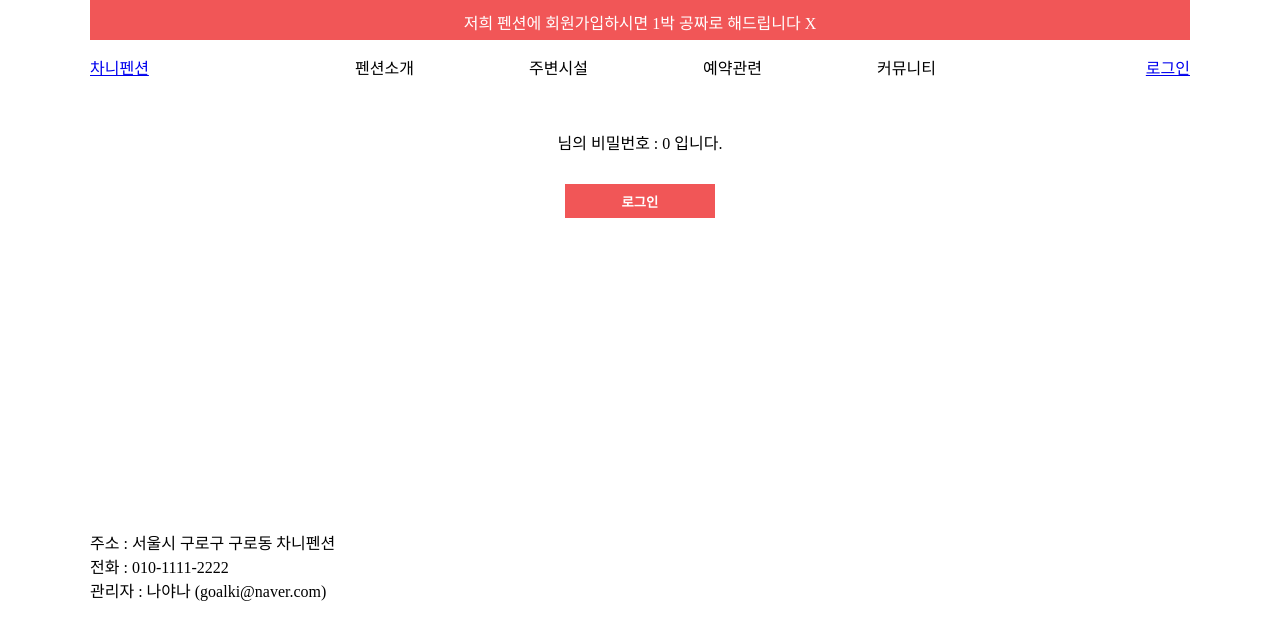
Repository: goalki/pension
Page: http://localhost/pension/login/pwd_search_ok.jsp
An editor plug-in stored every save of this project. The page is shown before and after the next save, followed by the edit.
The browser window is 1280 px wide. The pictures show the whole page.
The page is served by Tomcat 9. Other server files are loaded and not shown. Queries for data that is not in the repository find no rows.

Above is the page before, as saved 2021-01-18 06:19:52.

### pension/WebContent/login/pwd_search_ok.jsp
<%@ page language="java" contentType="text/html; charset=UTF-8"
    pageEncoding="UTF-8"%>
<%@ include file="../top.jsp" %>
<%@page import="pension.dao.Dao" %>
<%@ taglib prefix="c" uri="http://java.sun.com/jsp/jstl/core" %>
<%
    // 입력값을 가져오기
    request.setCharacterEncoding("utf-8");
    String userid=request.getParameter("userid");
    String name=request.getParameter("name");
    String phone=request.getParameter("phone");
    Dao dao=new Dao();
    String pwd=dao.pwd_search(userid,name, phone);
    pageContext.setAttribute("pwd", pwd);
    pageContext.setAttribute("name",name);
%>
 <style>
  #section {
    width:1100px;
    height:400px;
    margin:auto;
    text-align:center;
  }
  #section #userid {
    width:600px;
    margin:auto;
    margin-top:30px;
  }
  #section input[type=button] {
    width:150px;
    height:34px;
    background:#f15657;
    color:white;
    font-weight:900;
    border:none;
    margin-top:30px;
  }
   </style>

 <div id="section">
   <div id="userid"> ${name}님의 비밀번호 : ${pwd} 입니다.</div>
   <div id="button">
     <input type="button" onclick="location='login.jsp'" value="로그인">
   </div>
 </div>

<%@ include file="../bottom.jsp" %>

### pension/WebContent/top.jsp
<%@ page language="java" contentType="text/html; charset=UTF-8"
    pageEncoding="UTF-8"%>
<%@ taglib prefix="c" uri="http://java.sun.com/jsp/jstl/core" %>

<!DOCTYPE html>
<html>       <!-- index.jsp -->
<head>
<meta charset="UTF-8">
<title>Insert title here</title>
  <style>
    body {
      margin:0px;
    }
    #first {  /* 광고관련 1층 */
      width:1100px;
      height:30px;
      margin:auto;
      background:#f15657;
      text-align:center;
      padding-top:10px;
      color:white;
    }
    #second {  /* 로고, 메뉴 2층 */
      width:1100px;
      height:60px;
      margin:auto;
    }
    #second #left {
      padding-top:15px;
      width:100px;
      float:left;
    }
    #second #right {
      padding-top:15px;
      width:1000px;
      float:right;
      text-align:right;
    }
    #second #right #menu {
      display:inline-block;
      width:170px;
      height:30px; /* 주메뉴의 높이를 줘야 됩니다 */
      position:relative;
    }
    #second #right #menu:last-child {
      width:250px;
    }
    #second #right #menu .sub {
      position:absolute;
      width:120px;
      left:88px;
      top:10px;
      background:white;
      padding-left:0px;
      visibility:hidden;
      padding-top:10px;

    }
    #second #right #menu .sub li {
      list-style-type:none;
      text-align:center; /* 서브메뉴의 글자 중앙 */
    }


  </style>
    <script src="http://code.jquery.com/jquery-latest.js"></script>
  <script>
    function view_sub(n)
    {
    	document.getElementsByClassName("sub")[n].style.visibility="visible";
    }
    function hide_sub(n)
    {
    	document.getElementsByClassName("sub")[n].style.visibility="hidden";
    }

    $(function()
    {
    	$("#ff").click(function()
    	{
    		$("#first").slideUp();

    	});
    });
  </script>
</head>
<body>
  <div id="first">
     저희 펜션에 회원가입하시면  1박 공짜로 해드립니다
   <span id="ff"  style="cursor:pointer"> X </span>
  </div>
  <div id="second">
     <div id="left"> <a href="../main/index.jsp"> 차니펜션 </a></div>
     <div id="right">
        <span id="menu" onmouseenter="view_sub(0)" onmouseleave="hide_sub(0)"> 펜션소개
        <!-- 부메뉴 -->
           <ul class="sub">
            <li> <a href="../sogae/sogae.jsp"> 우리펜션 </a> </li>
            <li> 오시는길 </li>
           </ul>
        </span>
        <span id="menu" onmouseenter="view_sub(1)" onmouseleave="hide_sub(1)"> 주변시설
        <!-- 부메뉴 -->
           <ul class="sub">
            <li> 만리포 </li>
            <li> 연포</li>
            <li> 채석정 </li>
           </ul>
        </span>
        <span id="menu" onmouseenter="view_sub(2)" onmouseleave="hide_sub(2)"> 예약관련
         <!-- 부메뉴 -->
           <ul class="sub">
            <li>  예약 규정 </a> </li>
            <li> <a href="../reserve/reserve.jsp"> 실시간 예약 </a> </li>
           </ul>
        </span>
        <span id="menu" onmouseenter="view_sub(3)" onmouseleave="hide_sub(3)"> 커뮤니티
        <!-- 부메뉴 -->
           <ul class="sub">
            <li> 여행 후기 </li>
            <li> 자유게시판 </li>
           </ul>
        </span>
        <span id="menu">
          <c:if test="${userid == null}">
           <a href="../login/login.jsp"> 로그인 </a>
          </c:if>
          <c:if test="${userid != null}">
            ${name}님!! <a href="../mypage/mypage.jsp"> 내정보 </a>  <a href="../login/logout.jsp"> 로그아웃 </a>
          </c:if>
        </span>
    </div>
  </div>
  <!-- 여기까지 1층과 2층  top.jsp -->

### pension/WebContent/bottom.jsp
<%@ page language="java" contentType="text/html; charset=UTF-8"
    pageEncoding="UTF-8"%>
 <style>
 #fifth {     /* 펜션소개 5층 */
      width:1100px;
      height:100px;
      margin:auto;
    }
 </style>
<!-- 여기부터 5층 => bottom.jsp -->
  <div id="fifth">
    주소 : 서울시 구로구 구로동 차니펜션 <br>
    전화 : 010-1111-2222 <br>
    관리자 : 나야나  (goalki@naver.com) <br>
  </div>

</body>
</html>

### pension/src/pension/dao/Dao.java
package pension.dao;

import java.sql.*;
import java.time.LocalDate;
import java.util.ArrayList;

import pension.dto.MemberDto;
import pension.dto.ReserveDto;
import pension.dto.RoomDto;

public class Dao {

	String db="jdbc:mysql://localhost:3306/pension";
	String userid="root";
    String pw="1234";
    Connection conn;
	public Dao() throws ClassNotFoundException, SQLException
	{
		Class.forName("com.mysql.jdbc.Driver"); // 기능은 무조건 메소드내에서 실행
		conn=DriverManager.getConnection(db,userid,pw);
	}
	// room 테이블의 전체내용을 가져오기
    public ArrayList<RoomDto> get_room() throws SQLException
    {
    	String sql="select name,id from room order by price asc";
    	Statement stmt=conn.createStatement();
    	ResultSet rs=stmt.executeQuery(sql);
    	ArrayList<RoomDto> list=new ArrayList<RoomDto>();
    	while(rs.next())
    	{
    		RoomDto rdto=new RoomDto();
    		rdto.setId(rs.getInt("id"));
    		rdto.setName(rs.getString("name"));
    		list.add(rdto);
    	}
    	/*
    	String sql="select name from room order by price asc";
    	Statement stmt=conn.createStatement();
    	ResultSet rs=stmt.executeQuery(sql);
    	ArrayList<String> list=new ArrayList<String>();
    	while(rs.next())
    	{
    		list.add(rs.getString("name"));
    	}
    	*/
    	return list;
    }

    // 사용자가 선택한 방의 정보를 가져오기
    public RoomDto select_room(String id) throws SQLException
    {
    	String sql="select * from room where id="+id;
    	Statement stmt=conn.createStatement();
    	ResultSet rs=stmt.executeQuery(sql);
    	rs.next();
    	RoomDto rdto=new RoomDto();
    	rdto.setId(rs.getInt("id"));
    	rdto.setName(rs.getString("name"));
    	rdto.setMax(rs.getInt("max"));
    	rdto.setMin(rs.getInt("min"));
    	rdto.setPrice(rs.getInt("price"));

    	return rdto;
    }

    public void insert(ReserveDto rdto,String userid) throws SQLException // reserve테이블에 입력값을 넣기
    {
    	// 쿼리 생성
    	String outday="date_add('"+rdto.getInday()+"', interval "+rdto.getSuk()+" day)";
    	String sql="insert into reserve(rid,name,phone,inday,outday";
    	sql=sql+",inwon1,inwon2,inwon3,bbq,pork,suk_price,etc_price,tot_price,writeday,userid) ";
    	sql=sql+" values(?,?,?,?,"+outday+",?,?,?,?,?,?,?,?,now(),?)";

    	// date_add('2021-01-05',interval 숙박일 day);
    	PreparedStatement pstmt=conn.prepareStatement(sql);
    	pstmt.setInt(1, rdto.getRid());
    	pstmt.setString(2, rdto.getName());
    	pstmt.setString(3, rdto.getPhone());
    	pstmt.setString(4, rdto.getInday());
    	//pstmt.setString(5, outday);
    	pstmt.setInt(5, rdto.getInwon1());
    	pstmt.setInt(6, rdto.getInwon2());
    	pstmt.setInt(7, rdto.getInwon3());
    	pstmt.setInt(8, rdto.getBbq());
    	pstmt.setInt(9, rdto.getPork());
    	pstmt.setInt(10, rdto.getSuk_price());
    	pstmt.setInt(11, rdto.getEtc_price());
    	pstmt.setInt(12, rdto.getTot_price());
    	pstmt.setString(13, userid);
    	pstmt.executeUpdate();
    	//System.out.println(pstmt.toString());
    	conn.close();
    }

    public ReserveDto get_reserve(String userid) throws SQLException // 방금 예약한 정보를 가져오는 메소드(1개의 레코드)
    {
    	String sql="select * from reserve where userid='"+userid+"' order by id desc limit 1";
    	Statement stmt=conn.createStatement();
    	ResultSet rs=stmt.executeQuery(sql);
    	rs.next();
    	ReserveDto rdto=new ReserveDto();
    	rdto.setId(rs.getInt("id"));
    	rdto.setRid(rs.getInt("rid"));
    	rdto.setName(rs.getString("name"));
    	rdto.setPhone(rs.getString("phone"));
    	rdto.setInday(rs.getString("inday"));
    	rdto.setOutday(rs.getString("outday"));
    	rdto.setInwon1(rs.getInt("inwon1"));
    	rdto.setInwon2(rs.getInt("inwon2"));
    	rdto.setInwon3(rs.getInt("inwon3"));
    	rdto.setBbq(rs.getInt("bbq"));
    	rdto.setPork(rs.getInt("pork"));
    	rdto.setSuk_price(rs.getInt("suk_price"));
    	rdto.setEtc_price(rs.getInt("etc_price"));
    	rdto.setTot_price(rs.getInt("tot_price"));
    	rdto.setWriteday(rs.getString("writeday"));

    	// 방이름 가져오기
    	sql="select name from room where id="+rdto.getRid();
    	rs=stmt.executeQuery(sql);
    	rs.next();
    	rdto.setRoomname(rs.getString("name"));
    	return rdto;

    }

    public int room_state(String rid, String xday) throws SQLException// y-m-d형태의 값과 room의 id(rid)값을 받아서 예약이 되었는지를 int값으로 가져온다..
    {
    	String sql="select count(*) as cnt from reserve where inday <= ?  and outday > ? and rid=? ";
    	PreparedStatement pstmt=conn.prepareStatement(sql);
    	pstmt.setString(1, xday);
    	pstmt.setString(2, xday);
    	pstmt.setString(3, rid);
    	ResultSet rs=pstmt.executeQuery();
    	rs.next();

    	return rs.getInt("cnt");
    }

    public int suk_check(String y,String m, String d, String rid) throws SQLException
    {
        int yy=Integer.parseInt(y);
        int mm=Integer.parseInt(m);
        int dd=Integer.parseInt(d);
    	LocalDate inday=LocalDate.of(yy, mm, dd);
    	int chk=0;

    	for(int i=1;i<=8;i++)
    	{
    	  LocalDate xday=inday.plusDays(i);
    	  chk=i;
    	  String sql="select * from reserve where inday <= ? and outday > ? and rid=?";
    	  PreparedStatement pstmt=conn.prepareStatement(sql);
          pstmt.setString(1, xday.toString());
          pstmt.setString(2, xday.toString());
          pstmt.setString(3, rid);

    	  ResultSet rs=pstmt.executeQuery();
          if(rs.next())  // 레코드 있으면 true, 없으면 false
          {
        	break;// 멈춘다!!
          }

    	} // for문의 끝

    	return chk; // 몇박을 나타낼지!!
    }

    public void member_ok(MemberDto mdto) throws SQLException
    {
    	String sql="insert into member(name,userid,pwd,phone,writeday) ";
    	sql=sql+" values(?,?,?,?,now())";
    	PreparedStatement pstmt=conn.prepareStatement(sql);
        pstmt.setString(1, mdto.getName());
        pstmt.setString(2, mdto.getUserid());
        pstmt.setString(3, mdto.getPwd());
        pstmt.setString(4, mdto.getPhone());

        pstmt.executeUpdate();

        conn.close();

    }

    public boolean ismember(String userid, String pwd) throws SQLException // 회원인지 아닌지  true, false
    {
    	String sql="select * from member where userid=? and pwd=?";
    	PreparedStatement pstmt=conn.prepareStatement(sql);
    	pstmt.setString(1, userid);
    	pstmt.setString(2, pwd);

    	ResultSet rs=pstmt.executeQuery(); // 레코드가 있든지, 없든지

		/*
		 * if(rs.next()) return true; else return false;
		 */
    	return rs.next();
    }

    public int isuserid(String userid) throws SQLException
    {
    	String sql="select count(*) as num from member where userid='"+userid+"'";
    	Statement stmt=conn.createStatement();
    	ResultSet rs=stmt.executeQuery(sql);
    	rs.next();
    	// 아이디가 존재하면 1, 아니면 0
    	return rs.getInt("num");
    }

    public MemberDto mypage(String userid) throws SQLException
    {
    	String sql="select * from member where userid='"+userid+"'";
    	Statement stmt=conn.createStatement();
    	ResultSet rs=stmt.executeQuery(sql);
    	rs.next();
    	MemberDto mdto=new MemberDto();
    	mdto.setName(rs.getString("name"));
    	mdto.setPhone(rs.getString("phone"));

    	return mdto;
    }

    public ArrayList<ReserveDto> my_reserve(String userid) throws SQLException
    {
    	String sql="select r2.name,r1.inday,r1.outday,r1.bbq,r1.pork";
    	sql=sql+",r1.writeday from reserve as r1, room as r2 ";
    	sql=sql+" where r1.rid=r2.id and userid='"+userid+"'";
    	System.out.println(sql);
    	Statement stmt=conn.createStatement();
    	ResultSet rs=stmt.executeQuery(sql);
    	ArrayList<ReserveDto> list=new ArrayList<ReserveDto>();
    	while(rs.next())
    	{
    	  ReserveDto rdto=new ReserveDto();
    	  rdto.setRoomname(rs.getString("name"));
    	  rdto.setInday(rs.getString("inday"));
    	  rdto.setOutday(rs.getString("outday"));
       	  rdto.setBbq(rs.getInt("bbq"));
    	  rdto.setPork(rs.getInt("pork"));
    	  rdto.setWriteday(rs.getString("writeday"));

    	  list.add(rdto);
    	}

    	return list;
    }

    public String get_name(String userid) throws SQLException
    {
    	String sql="select name from member where userid='"+userid+"'";
    	Statement stmt=conn.createStatement();
    	ResultSet rs=stmt.executeQuery(sql);
    	rs.next();
    	return rs.getString("name");
    }

    // 아이디찾기
    public String userid_search(String name, String phone) throws SQLException
    {
    	String sql="select userid from member where name=? and phone=?";
    	PreparedStatement pstmt=conn.prepareStatement(sql);
    	pstmt.setString(1, name);
    	pstmt.setString(2, phone);
    	ResultSet rs=pstmt.executeQuery();
    	if(rs.next())
    	{
    		return rs.getString("userid");
    	}
    	else
    	{
    		return "0";
    	}

    }

    // 비밀번호 찾기
    public String pwd_search(String userid, String name, String phone) throws SQLException
    {
    	String sql="select pwd from member where name=? and phone=? and userid=?";
    	PreparedStatement pstmt=conn.prepareStatement(sql);
    	pstmt.setString(1, name);
    	pstmt.setString(2, phone);
    	pstmt.setString(3, userid);
    	ResultSet rs=pstmt.executeQuery();
    	if(rs.next())
    	{
    		return rs.getString("pwd");
    	}
    	else
    	{
    		return "0";
    	}
    }
}

After the next save:
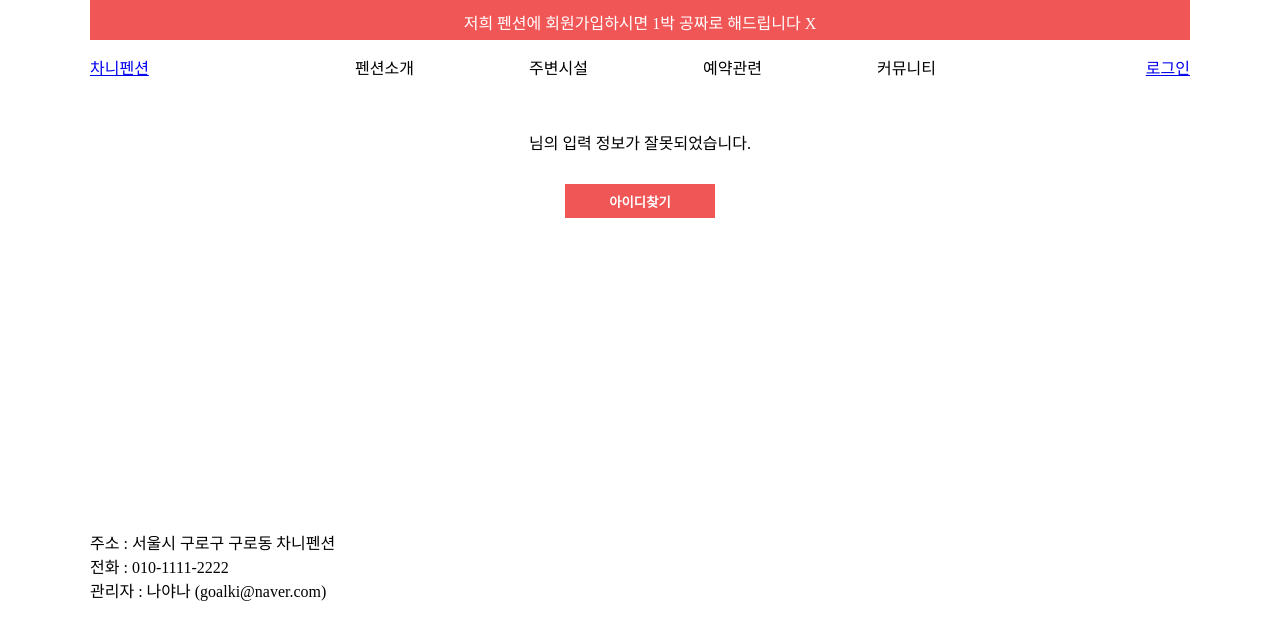
Saved 115 s later.
--- a/pension/WebContent/login/pwd_search_ok.jsp
+++ b/pension/WebContent/login/pwd_search_ok.jsp
@@ -38,10 +38,16 @@
    </style>
 
  <div id="section">
+  <c:if test="${pwd != '0'}">
    <div id="userid"> ${name}님의 비밀번호 : ${pwd} 입니다.</div>
    <div id="button">
      <input type="button" onclick="location='login.jsp'" value="로그인">
    </div>
+  </c:if>
+  <c:if test="${pwd == '0'}">
+   <div id="userid"> ${name}님의 입력 정보가 잘못되었습니다.  </div>
+   <div id="button"> <input type="button" onclick="location='userid_search.jsp'" value="아이디찾기">  </div>
+  </c:if>
  </div>
 
 <%@ include file="../bottom.jsp" %>
